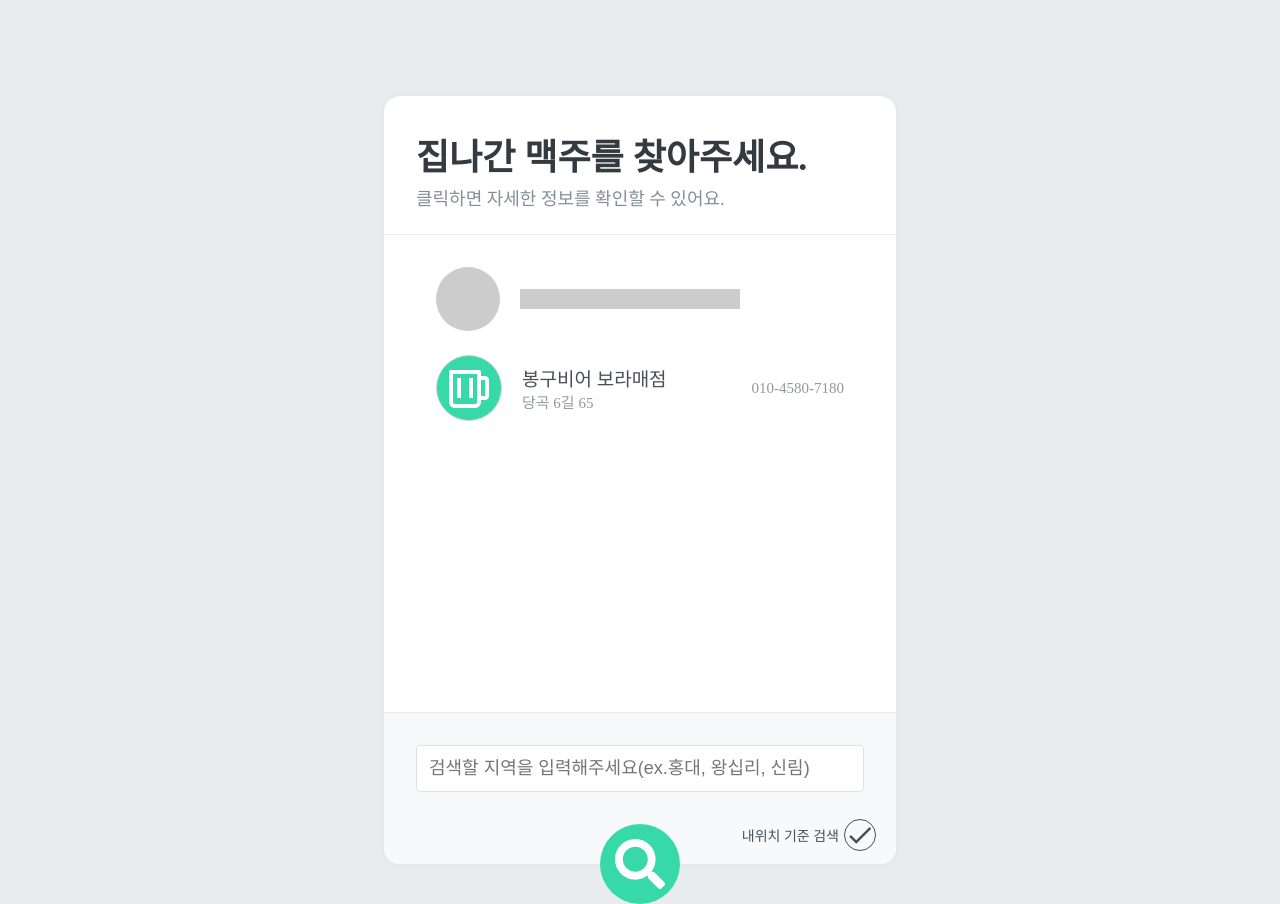
Repository: THE-SOPT-WEB/kimNamjun
Page: / (app in week4/bring-my-beer/)
The author's editor kept a copy of each file at every save. The page is drawn from the files as they stood at one save, then again after the next save.
The browser window is 1280 px wide. The pictures show the whole page.
The project was rebuilt for these pictures with package versions that can differ from the ones it lists, and the page was loaded fresh each time.

Above is the page before, as saved 2022-05-13 03:32:45.

### week4/bring-my-beer/public/index.html
<!DOCTYPE html>
<html lang="en">
  <head>
    <meta charset="utf-8" />
    <link rel="icon" href="%PUBLIC_URL%/favicon.ico" />
    <meta name="viewport" content="width=device-width, initial-scale=1" />
    <meta name="theme-color" content="#000000" />
    <meta
      name="description"
      content="Web site created using create-react-app"
    />
    <link rel="apple-touch-icon" href="%PUBLIC_URL%/logo192.png" />
    <!--
      manifest.json provides metadata used when your web app is installed on a
      user's mobile device or desktop. See https://developers.google.com/web/fundamentals/web-app-manifest/
    -->
    <link rel="manifest" href="%PUBLIC_URL%/manifest.json" />
    <!--
      Notice the use of %PUBLIC_URL% in the tags above.
      It will be replaced with the URL of the `public` folder during the build.
      Only files inside the `public` folder can be referenced from the HTML.

      Unlike "/favicon.ico" or "favicon.ico", "%PUBLIC_URL%/favicon.ico" will
      work correctly both with client-side routing and a non-root public URL.
      Learn how to configure a non-root public URL by running `npm run build`.
    -->
    <title>우리동네 맥주집</title>
  </head>
  <body>
    <noscript>You need to enable JavaScript to run this app.</noscript>
    <div id="root"></div>
    <!--
      This HTML file is a template.
      If you open it directly in the browser, you will see an empty page.

      You can add webfonts, meta tags, or analytics to this file.
      The build step will place the bundled scripts into the <body> tag.

      To begin the development, run `npm start` or `yarn start`.
      To create a production bundle, use `npm run build` or `yarn build`.
    -->
  </body>
</html>

### week4/bring-my-beer/src/App.js
import React from 'react';
import { createGlobalStyle } from 'styled-components';
import Template from './components/Template';
import Header from './components/Header';
import List from './components/List';
import Search from './components/Search';
import SkeletonItem from './components/SkeletonItem';


const GlobalStyle = createGlobalStyle`
  body {
    background: #e9ecef;
  }
`;

function App() {
  return (
    <>
      <GlobalStyle />
      <Template>
        <Header />
        <List />
        <Search />
      </Template>
    </>
  );
}

export default App;

### week4/bring-my-beer/src/components/Template.jsx
import React from 'react';
import styled from 'styled-components';

const TemplateBlock = styled.div`
  width: 512px;
  height: 768px;

  position: relative;
  background: white;
  border-radius: 16px;
  box-shadow: 0 0 8px 0 rgba(0, 0, 0, 0.04);

  margin: 0 auto;

  margin-top: 96px;
  margin-bottom: 32px;
  display: flex;
  flex-direction: column;
`;

function Template({ children }) {
  return <TemplateBlock>{children}</TemplateBlock>;
}

export default Template;

### week4/bring-my-beer/src/components/Header.jsx
import React from 'react';
import styled from 'styled-components';

const HeaderBlock = styled.div`
  padding: 32px 32px 24px 32px;
  border-bottom: 1px solid #e9ecef;
  h1 {
    margin: 0;
    font-size: 36px;
    color: #343a40;
  }
  .tip {
    margin-top: 4px;
    color: #868e96;
    font-size: 18px;
  }
`;

function Header() {
  return (
    <HeaderBlock>
      <h1>집나간 맥주를 찾아주세요. </h1>
      <div className="tip">클릭하면 자세한 정보를 확인할 수 있어요.</div>
    </HeaderBlock>
  );
}

export default Header;

### week4/bring-my-beer/src/components/List.jsx
import React from 'react';
import axios from "axios";
import Skeleton, { SkeletonTheme } from 'react-loading-skeleton'
import styled from 'styled-components';
import Item from './Item';
import SkeletonItem from './SkeletonItem';

const ListBlock = styled.div`
  flex: 1;
  padding: 20px 32px;
  padding-bottom: 48px;
  overflow-y: auto;
`;

function List() {
  return (
    <ListBlock>
      <SkeletonItem/>
      <Item title="봉구비어 보라매점" adress='당곡 6길 65' contact='010-4580-7180'/>
    </ListBlock>
  );
}

export default List;

### week4/bring-my-beer/src/components/Search.jsx
import React, {useState} from 'react';
import styled, {css} from 'styled-components';
import { FaSearch } from 'react-icons/fa';
import { MdDone } from 'react-icons/md';

const CircleButton = styled.button`
  background: #38d9a9;
  &:hover {
    background: #63e6be;
  }
  &:active {
    background: #20c997;
  }

  cursor: pointer;
  width: 80px;
  height: 80px;
  display: block;
  align-items: center;
  justify-content: center;
  font-size: 50px;
  position: absolute;
  left: 50%;
  bottom: 0px;
  transform: translate(-50%, 50%);
  color: white;
  border-radius: 50%;
  border: none;
  outline: none;
  display: flex;
  align-items: center;
  justify-content: center;
  transition: 0.125s all ease-in;

`;

const InsertFormPositioner = styled.div`
  width: 100%;
  bottom: 0;
  left: 0;
  position: absolute;
`;

const InsertForm = styled.form`
  background: #f8f9fa;
  padding: 32px 32px 72px 32px;
  border-bottom-left-radius: 16px;
  border-bottom-right-radius: 16px;
  border-top: 1px solid #e9ecef;
`;

const Input = styled.input`
  padding: 12px;
  border-radius: 4px;
  border: 1px solid #dee2e6;
  width: 100%;
  outline: none;
  font-size: 18px;
  box-sizing: border-box;
`;

const CheckBox = styled.div`
  font-size: 14px;
  position: absolute;
  right: 20px;
  bottom: 5px;
  display: flex;
  align-items: center;
  justify-content: center;
  transition: 0.125s all ease-in;
  color: #495057;
`

const SmallCheckButton = styled.div`
  &:hover {
    border: 1px solid #38d9a9;
    color:#38d9a9;
  }
  &:active {
    border: 1px solid #20c997;;
    color:#20c997;;
  }

  cursor: pointer;
  width: 30px;
  height: 30px;
  font-size: 50px;
  color: #495057;
  border: 1px solid #495057;
  border-radius: 50%;
  margin-left: 5px;
  display: flex;
  align-items: center;
  justify-content: center;

  transition: 0.125s all ease-in;
  ${props =>
    props.checked &&
    css`
      border: 1px solid #38d9a9;
      color:#38d9a9;
    `}
`

function Search() {

  const [checked, setChecked] = useState(false);

  const onToggle = () => setChecked(!checked);

  return (
    <>
        <InsertFormPositioner>
          <InsertForm>
            <Input autoFocus placeholder="검색할 지역을 입력해주세요(ex.홍대, 왕십리, 신림)" disabled={checked ? true : false } />
          </InsertForm>
        </InsertFormPositioner>
      <CircleButton>
        <FaSearch/>
      </CircleButton>
      <CheckBox>
        <p> 내위치 기준 검색</p>
        <SmallCheckButton onClick={onToggle} checked={ checked ? true : false }>
          <MdDone/>
        </SmallCheckButton>
      </CheckBox>

    </>
  );
}

export default Search;

### week4/bring-my-beer/src/components/SkeletonItem.jsx
import React from 'react';
import styled  from 'styled-components';

const ItemBlock = styled.div`
  display: flex;
  align-items: center;
  padding: 12px 20px;
`;

const Icon = styled.div`
  width: 64px;
  height: 64px;
  border-radius: 50px;
  margin-right: 20px;
  background-color: #ccc;
`;

const Flex = styled.div`
    flex-grow: 6;
`

const Title = styled.div`
  width: 100px;
  height:20px;
  background-color: #ccc;
`;

const Adress = styled.div`
  width: 10px;
  height:20px;
  background-color: #ccc;
`

const  Contact = styled.div`
  width: 120px;
  height:20px;
  background-color: #ccc;
`

function SkeletonItem({ title,adress,contact }) {
  return (
    <ItemBlock>
      <Icon/>
      <Title>
        <Adress/>
      </Title>
      <Contact/>
    </ItemBlock>
  );
}

export default SkeletonItem;

### week4/bring-my-beer/src/components/Item.jsx
import React from 'react';
import styled  from 'styled-components';
import { BiBeer } from 'react-icons/bi';

const ItemBlock = styled.div`
  display: flex;
  align-items: center;
  padding: 12px 20px;
  border-radius:10px;
  transition: 0.25s all ease-in;
  cursor: pointer;
  &:hover{
    transform: scale(1.05);
  }
`;

const Icon = styled.div`
  width: 64px;
  height: 64px;
  border-radius: 50px;
  border: 1px solid #ced4da;
  font-size: 48px;
  display: flex;
  align-items: center;
  justify-content: center;
  margin-right: 20px;
  cursor: pointer;
  background-color: #38d9a9;
  color: #fff;
`;

const Title = styled.div`
  flex: 1;
  font-size: 19px;
  color: #495057;
`;

const Adress = styled.div`
  font-size: 15px;
  color: #94979b;
`

const  Contact = styled.div`
  font-size: 15px;
  color: #94979b;
`

function Item({ title,adress,contact }) {
  return (
    <ItemBlock>
      <Icon >
        <BiBeer />
      </Icon>
      <Title >{title}
        <Adress>{adress}</Adress>
      </Title>
      <Contact>{contact}</Contact>
    </ItemBlock>
  );
}

export default Item;

Loaded but not shown: week4/bring-my-beer/src/index.js (common file)

After the next save:
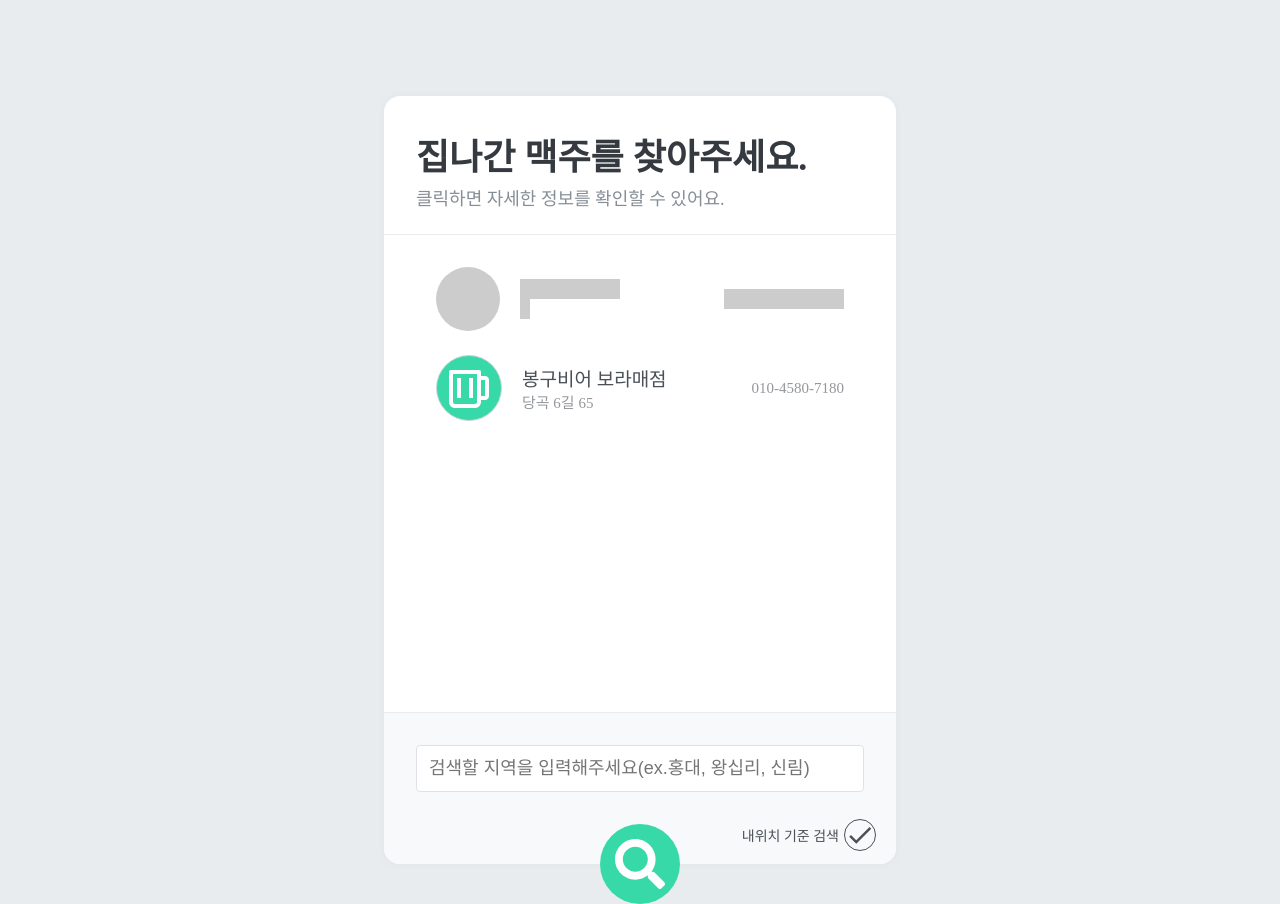
Saved 76 s later.
--- a/week4/bring-my-beer/src/components/SkeletonItem.jsx
+++ b/week4/bring-my-beer/src/components/SkeletonItem.jsx
@@ -41,9 +41,10 @@ function SkeletonItem({ title,adress,contact }) {
   return (
     <ItemBlock>
       <Icon/>
-      <Title>
+      <Flex>
+        <Title/>
         <Adress/>
-      </Title>
+      </Flex>
       <Contact/>
     </ItemBlock>
   );
